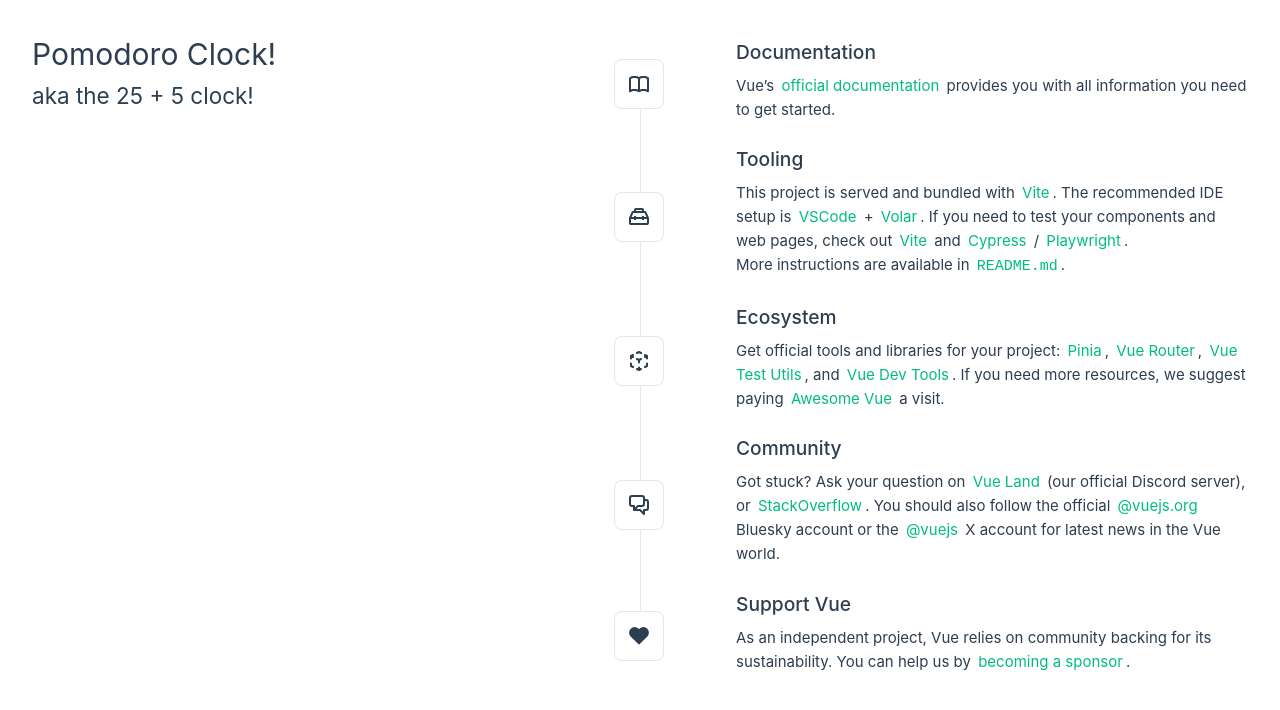
Repository: asing44/FCC
Page: / (app in Front-End-Projects/fcc-frontend-projects-pomodoro/)
The author's editor kept a copy of each file at every save. The page is drawn from the files as they stood at one save, then again after the next save.
The browser window is 1280 px wide. The pictures show the whole page.
The project was rebuilt for these pictures with package versions that can differ from the ones it lists, and the page was loaded fresh each time. Also part of the build but not shown: Front-End-Projects/fcc-frontend-projects-pomodoro/vite.config.js.

Above is the page before, as saved 2025-01-15 19:23:08.

After the next save:
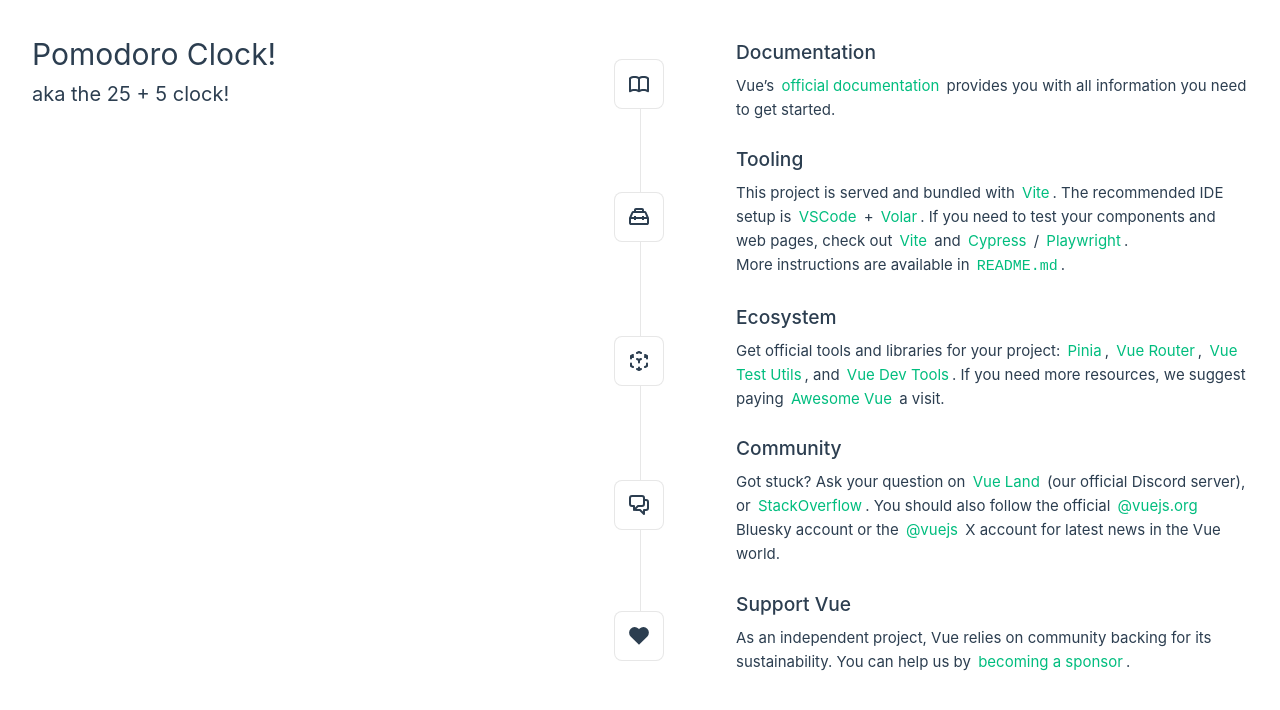
Saved 17 s later.
--- a/Front-End-Projects/fcc-frontend-projects-pomodoro/src/App.vue
+++ b/Front-End-Projects/fcc-frontend-projects-pomodoro/src/App.vue
@@ -17,4 +17,8 @@ import TheWelcome from './components/TheWelcome.vue'
 .header {
   text-align: center;
 }
+
+.subheading {
+  font-size: 1.25rem;
+}
 </style>
